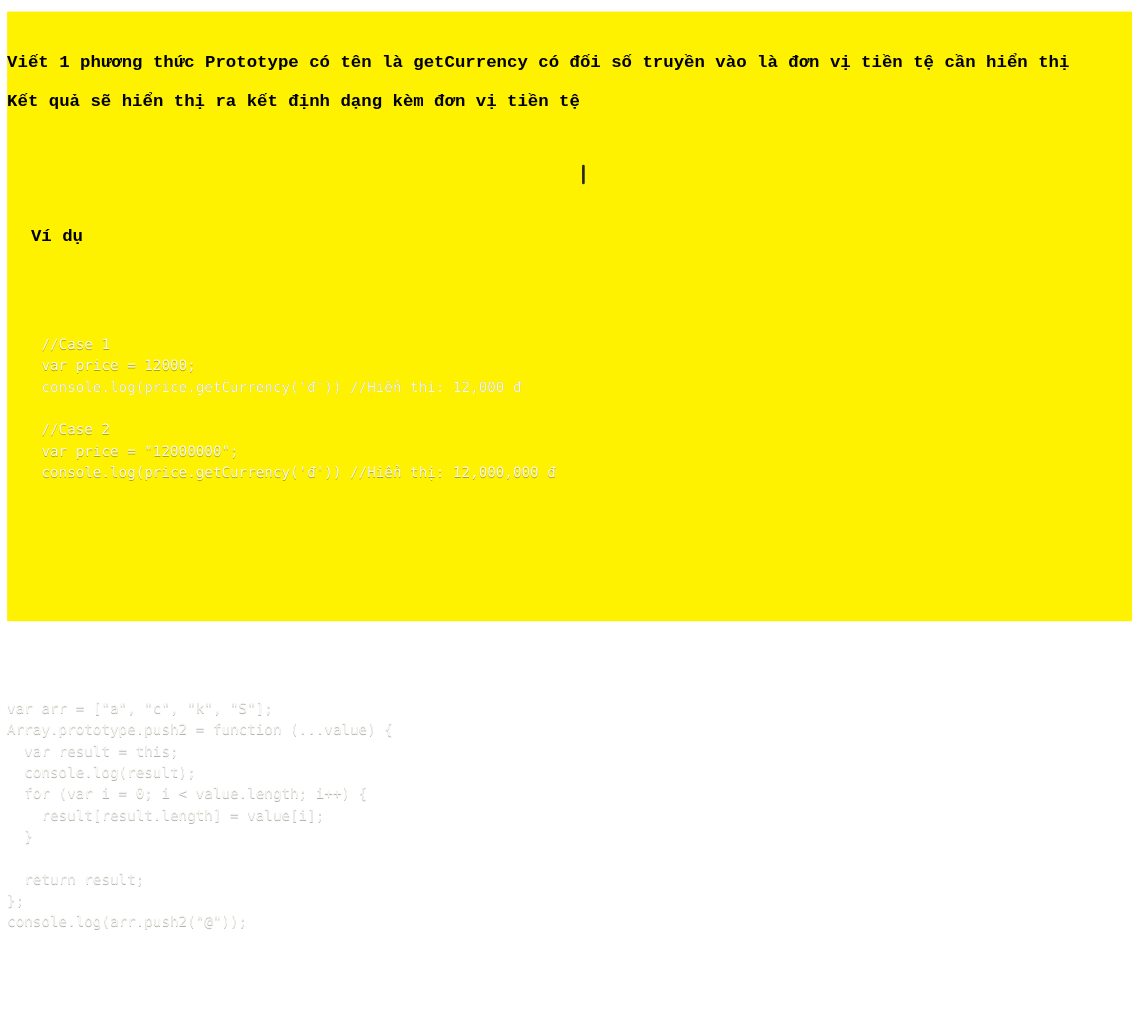
Repository: Dongnguyen318/Quydong
Page: Day 22.1/ex03.html
An editor plug-in stored every save of this project. The page is shown before and after the next save, followed by the edit.
The browser window is 1280 px wide. The pictures show the whole page, at 89% of full size.

Above is the page before, as saved 2023-09-05 23:19:07.

After the next save:
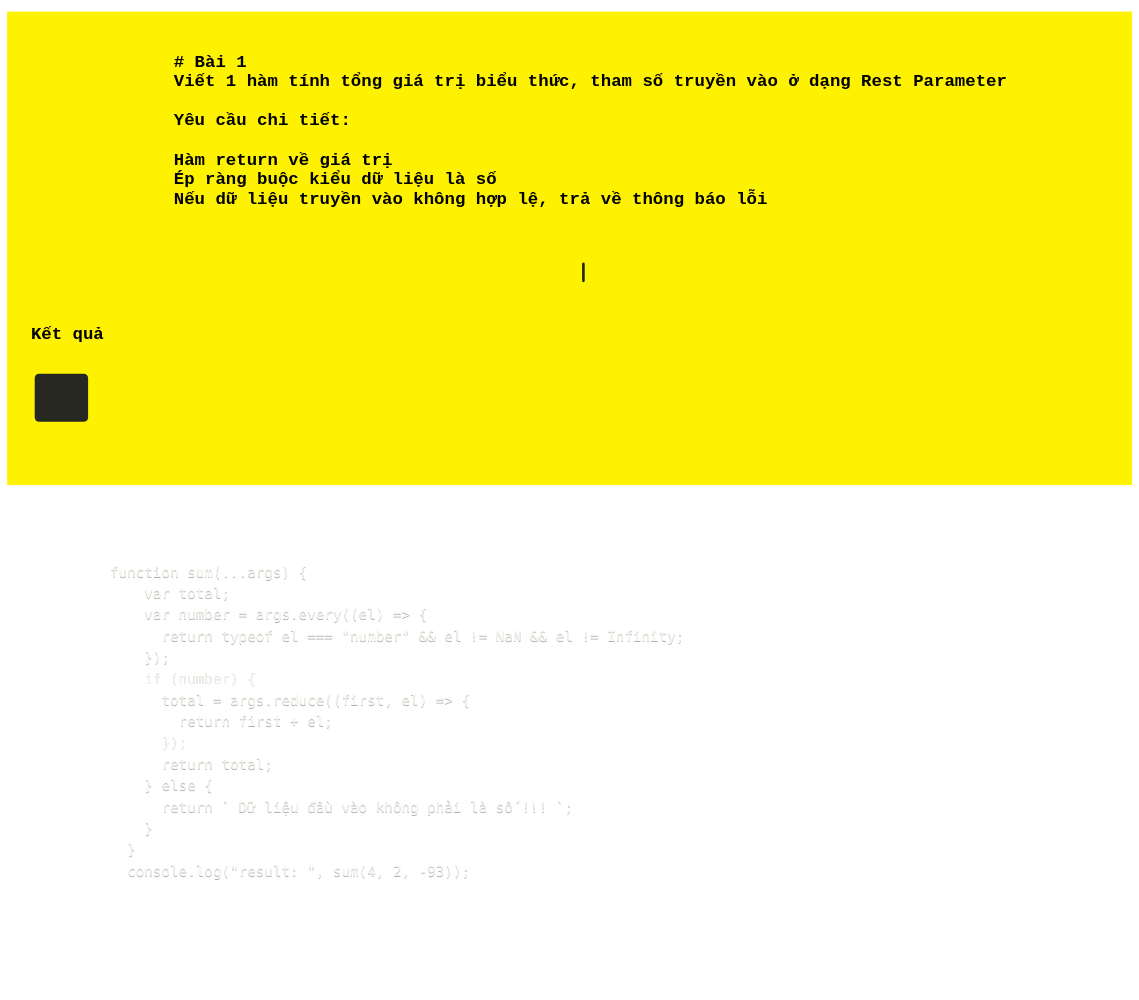
Saved 38 s later.
--- a/Day 22.1/ex03.html
+++ b/Day 22.1/ex03.html
@@ -13,24 +13,20 @@
   <body>
     <pre style="background-color: rgb(255, 242, 0)">
         <code >
-            <h2>Viết 1 phương thức Prototype có tên là getCurrency có đối số truyền vào là đơn vị tiền tệ cần hiển thị
+            <h2>                # Bài 1
+                Viết 1 hàm tính tổng giá trị biểu thức, tham số truyền vào ở dạng Rest Parameter
 
-Kết quả sẽ hiển thị ra kết định dạng kèm đơn vị tiền tệ</h2>
+                Yêu cầu chi tiết:
+
+                Hàm return về giá trị
+                Ép ràng buộc kiểu dữ liệu là số
+                Nếu dữ liệu truyền vào không hợp lệ, trả về thông báo lỗi</h2>
 <p style="text-align: center;">
     <code class="language-js">
     </code>
-    <h2 style="padding: 15px;" > Ví dụ</h2>
-    <pre>
-        <code class="language-js" >
-    //Case 1
-    var price = 12000;
-    console.log(price.getCurrency('đ')) //Hiển thị: 12,000 đ
-
-    //Case 2
-    var price = "12000000";
-    console.log(price.getCurrency('đ')) //Hiển thị: 12,000,000 đ
-        </code>
-    </pre>
+    <h2 style="padding: 15px;" > Kết quả</h2>
+    <code class="language-js" style="padding: 15px 30px 20px;">
+    </code>
 
 
 </p>
@@ -40,17 +36,22 @@ Kết quả sẽ hiển thị ra kết định dạng kèm đơn vị tiền t
     <br />
     <pre>
         <code class="language-js">
-var arr = ["a", "c", "k", "S"];
-Array.prototype.push2 = function (...value) {
-  var result = this;
-  console.log(result);
-  for (var i = 0; i < value.length; i++) {
-    result[result.length] = value[i];
-  }
+            function sum(...args) {
+                var total;
+                var number = args.every((el) => {
+                  return typeof el === "number" && el != NaN && el != Infinity;
+                });
+                if (number) {
+                  total = args.reduce((first, el) => {
+                    return first + el;
+                  });
+                  return total;
+                } else {
+                  return ` Dữ liệu đầu vào không phải là số !!! `;
+                }
+              }
+              console.log("result: ", sum(4, 2, -93));
 
-  return result;
-};
-console.log(arr.push2("@"));
 
 
         </code>
